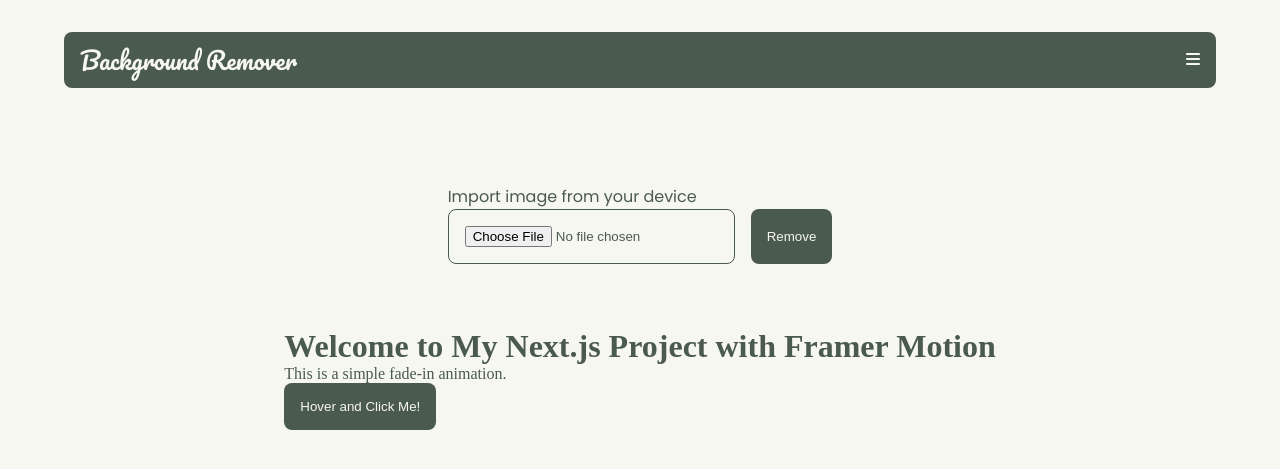
Repository: Oyasikelly/backgroundremover
Page: /
An editor plug-in stored every save of this project. The page is shown before and after the next save, followed by the edit.
The browser window is 1280 px wide. The pictures show the whole page.
Some web libraries are served in a nearby version. The project was rebuilt for these pictures with package versions that can differ from the ones it lists, and the page was loaded fresh each time. Also part of the build but not shown: vite.config.js, src/Components/SavedImages.jsx.

Above is the page before, as saved 2024-12-18 12:44:53.

### index.html
<!-- @format -->

<!DOCTYPE html>
<html lang="en">
  <head>
    <meta charset="UTF-8" />
    <link rel="icon" type="image/svg+xml" href="/vite.svg" />
    <meta name="viewport" content="width=device-width, initial-scale=1.0" />
    <title>Background Remover</title>
  </head>
  <body>
    <div id="root"></div>
    <script type="module" src="/src/main.jsx"></script>
    <script
      src="https://kit.fontawesome.com/09244cd8e5.js"
      crossorigin="anonymous"
    ></script>
  </body>
</html>

### src/App.jsx
/** @format */

// import { useState } from "react";
import { useState } from "react";
import "./App.css";
import { BrowserRouter, Routes, Route } from "react-router-dom";
import Remover from "./Components/Remover";
import SavedImages from "./Components/SavedImages";
export default function App() {
  const [menu, setMenu] = useState(false);
  const [webURL, setWebURL] = useState("");
  const [importedURL, setImportedURL] = useState("");

  return (
    <BrowserRouter>
      <div className="wrapper">
        <Routes>
          <Route
            path="/"
            element={
              <Remover
                menu={menu}
                setMenu={setMenu}
                webURL={webURL}
                setWebURL={setWebURL}
                importedURL={importedURL}
                setImportedURL={setImportedURL}
              />
            }
          />
          <Route path="/SavedImages" Component={SavedImages} />
        </Routes>
      </div>
    </BrowserRouter>
  );
}

### src/App.css
/** @format */
@import url("https://fonts.googleapis.com/css2?family=Dancing+Script:wght@400..700&family=Outfit:wght@100..900&family=Pacifico&family=Poppins:ital,wght@0,100;0,200;0,300;0,400;0,500;0,600;0,700;0,800;0,900;1,100;1,200;1,300;1,400;1,500;1,600;1,700;1,800;1,900&family=Young+Serif&display=swap");

* {
  box-sizing: border-box;
  padding: 0;
  margin: 0;
}
:root {
  --primary-color: #4b5a4f;
  --secondary-color: #f7f7f1;
  --btn-color: #8a9b8e;
}
body {
  background-color: transparent;
  padding: 0;
  margin: 0;
}
body::-webkit-scrollbar {
  display: none;
}
a {
  text-decoration: none;
  color: var(--secondary-color);
}
.container {
  background-color: var(--secondary-color);
  width: 100%;
  height: 100vh;
  overflow: scroll;
  display: flex;
  flex-direction: column;
  /* justify-content: center; */
  align-items: center;
  color: var(--primary-color);
  padding: 0rem 4rem;
  position: relative;
}
.Menu {
  background-color: var(--btn-color);
  color: var(--secondary-color);
  width: 20%;
  align-self: flex-end;
  padding: 1rem;
  position: fixed;
  top: 0;
  right: 0;
  border-radius: 0 0 0.5rem 0.5rem;
  z-index: 100;
  display: flex;
  flex-direction: column;
  gap: 1rem;
}
.Menu p {
  border: 2px solid var(--primary-color);
  padding: 0.3rem;
  border-radius: 0.3rem;
  cursor: pointer;
}
.Menu p:hover {
  background-color: var(--primary-color);
}
h2 {
  width: fit-content;
  font-family: "Pacifico", cursive;
  font-weight: 400;
  font-style: normal;
  line-height: 1.5rem;
  max-width: 30%;
}
header {
  background-color: var(--primary-color);
  color: var(--secondary-color);
  width: 100%;
  margin-bottom: 5rem;
  padding: 1rem;
  border-radius: 0.5rem;
  position: relative;
  top: 2rem;
  display: flex;
  justify-content: space-between;
  align-items: center;
}
i {
  cursor: pointer;
}
.content_container {
  display: flex;
  flex-direction: column;
  justify-content: center;
  align-items: center;
  font-family: "Poppins", serif;
}
form {
  display: flex;
  gap: 1rem;
  margin-bottom: 4rem;
}
input {
  padding: 1rem;
  border-radius: 0.5rem;
  outline: none;
  border: 1px solid var(--primary-color);
  width: 100%;
}
button {
  padding: 1rem;
  background-color: var(--primary-color);
  outline: none;
  border: none;
  border-radius: 0.5rem;
  transition: background-color 0.5s ease-in;
  color: var(--secondary-color);
}
button:hover {
  background-color: var(--btn-color);
}
p {
  align-self: flex-start;
}
.imported-img {
  margin-top: 3rem;
  display: flex;
  flex-direction: column;
  justify-content: center;
  align-items: center;
}
.imported-img form {
  /* background-color: green; */
  width: fit-content;
  display: flex;
  width: 100%;
  /* justify-content: center; */
}
.import-img {
  width: 100%;
  padding: 1rem;
  align-content: center;
}

.outputWrap{
  width: 350px;
  height: 350px;
  background-color: pink;
}
.outputWrap img{
  width: 100%;
}
@media screen and (max-width: 1024px) {
  .container {
    padding-bottom: 3rem;
  }
  .content_container {
    width: 100%;
  }
  form {
    width: 100%;
    display: flex;
    justify-content: space-between;
  }
}

.Wrap_savedImages {
  display: flex;
  flex-direction: column;
  justify-content: center;
  align-items: center;
  padding-bottom: 3rem;
}
.saved_images {
  background-color: var(--secondary-color);
  color: var(--primary-color);
  height: 100vh;
  display: grid;
  grid-template-columns: repeat(4, 1fr);
  align-content: center;
  justify-items: center;
  grid-row-gap: 1rem;
  grid-column-gap: 1rem;
}
.saved_images div {
  width: 100px;
  height: 100px;
  border: 1px solid var(--primary-color);
  border-radius: 0.5rem;
}

### src/Components/Remover.jsx
/** @format */
import { useState } from "react";
import axios from "axios";

// import chair from "../assets/chair.jpeg";
import { NavLink } from "react-router-dom";
// components
import Header from "./Header";
// import UrlImage from "./urlImage";
import ImportImage from "./importImage";
import Motion from "./Motion";

export default function Remover({
  menu,
  setMenu,
  // webURL,
  // setWebURL,
  importedURL,
  setImportedURL,
}) {
  const [outputImage, setOutputImage] = useState(""); // State to store the output image URL

  function handleMenu() {
    setMenu(() => true);
  }
  function handleCloseMenu() {
    setMenu(() => false);
  }
  // function handleWebURL(e) {
  //   setWebURL(e.target.value);
  // }
  function handleImportedURL(e) {
    setImportedURL(e.target.files[0]); // Update importedURL state with the selected file
  }

  const apiKey = "0eaf034066ed7e5c243f379b2274ee09d9f82867"; // Replace with your actual API key
  const apiEndpoint = "https://sdk.photoroom.com/v1/segment";

  // Function to remove background for URL
  // const removeBackgroundFromURL = async (imageUrl) => {
  //   try {
  //     const response = await axios.post(
  //       apiEndpoint,
  //       { image_url: imageUrl }, // API expects 'image_url', not 'url'
  //       {
  //         headers: {
  //           "x-api-key": apiKey,
  //           "Content-Type": "application/json",
  //         },
  //         responseType: "blob", // Get the response as a Blob
  //       }
  //     );

  //     const imageUrlBlob = URL.createObjectURL(response.data);
  //     console.log(imageUrlBlob);
  //     setOutputImage(imageUrlBlob);
  //   } catch (error) {
  //     console.error("Error removing background (URL):", error.response?.data || error.message);
  //   }
  // };
  // Function to remove background for imported image
  const removeBackgroundFromFile = async (file) => {
    try {
      const formData = new FormData();
      formData.append("image_file", file); // Append file to FormData

      const response = await axios.post(apiEndpoint, formData, {
        headers: {
          "x-api-key": apiKey,
          "Content-Type": "multipart/form-data",
        },
        responseType: "blob", // Ensure response is a Blob
      });

      const imageUrlBlob = URL.createObjectURL(response.data);
      setOutputImage(imageUrlBlob);
    } catch (error) {
      console.error("Error removing background (File):", error);
    }
  };

  // const handleRemoveBackground = async (e) => {
  //   e.preventDefault();
  //   if (webURL) {
  //     await removeBackgroundFromURL(webURL);
  //   } else {
  //     alert("Please provide an image URL.");
  //   }
  // };

  const handleRemoveBackground_ImportedImg = async (e) => {
    e.preventDefault();
    if (importedURL) {
      await removeBackgroundFromFile(importedURL);
    } else {
      alert("Please import an image.");
    }
  };

  return (
    <div className="container">
      {menu && (
        <div className="Menu" onClick={handleCloseMenu}>
          <span style={{ fontSize: "24px" }}>&#10006;</span>
          <NavLink to="/SavedImages">
            <p>See Saved Images</p>
          </NavLink>
        </div>
      )}
     <Header handleMenu={handleMenu}/>

      {/* Remove Background via URL */}
     {/* <UrlImage webURL={webURL} handleRemoveBackground={handleRemoveBackground} handleWebURL={handleWebURL} /> */}

      {/* Remove Background via Imported File */}
     <ImportImage handleRemoveBackground_ImportedImg={handleRemoveBackground_ImportedImg} handleImportedURL={handleImportedURL}  />

      <Motion />

      {/* Output Image */}
      {outputImage && (
        <div className="output_container">
          <h3>Background Removed Image:</h3>
         <div className="outputWrap">
          <img src={outputImage} alt="Output" />
          </div>
        </div>
      )}
    </div>
  );
}

### src/Components/Header.jsx
export default function Header({handleMenu}){
    return  <header>
    <h2>Background Remover</h2>
    <nav>
      <i className="fa-solid fa-bars" onClick={handleMenu}></i>
    </nav>
  </header>
}

### src/Components/importImage.jsx
import { motion } from "framer-motion";

export default function ImportImage({handleRemoveBackground_ImportedImg, handleImportedURL}){
    return  <main className="content_container imported-img">
    <p>Import image from your device</p>
    <form onSubmit={handleRemoveBackground_ImportedImg}>
      <input
        name="importedURL"
        className="import-img"
        type="file"
        accept="image/*"
        onChange={handleImportedURL}
      />
      <button type="submit">Remove</button>
    </form>

  </main>
}

### src/Components/Motion.jsx

// pages/index.js
import { motion } from 'framer-motion';

const Motion = () => {
  return (
    <div>
      <h1>Welcome to My Next.js Project with Framer Motion</h1>

      {/* Basic animation example */}
      <motion.div
        initial={{ opacity: 0 }}
        animate={{ opacity: 1 }}
        transition={{ duration: 2 }}
      >
        <p>This is a simple fade-in animation.</p>
      </motion.div>

      {/* Animate when hovering */}
      <motion.button
        whileHover={{ scale: 1.1 }}
        whileTap={{ scale: 0.9 }}
      >
        Hover and Click Me!
      </motion.button>
    </div>
  );
};

export default Motion;

Loaded but not shown: src/main.jsx (common file); src/index.css (no stored copy; drawn as an empty file)

After the next save:
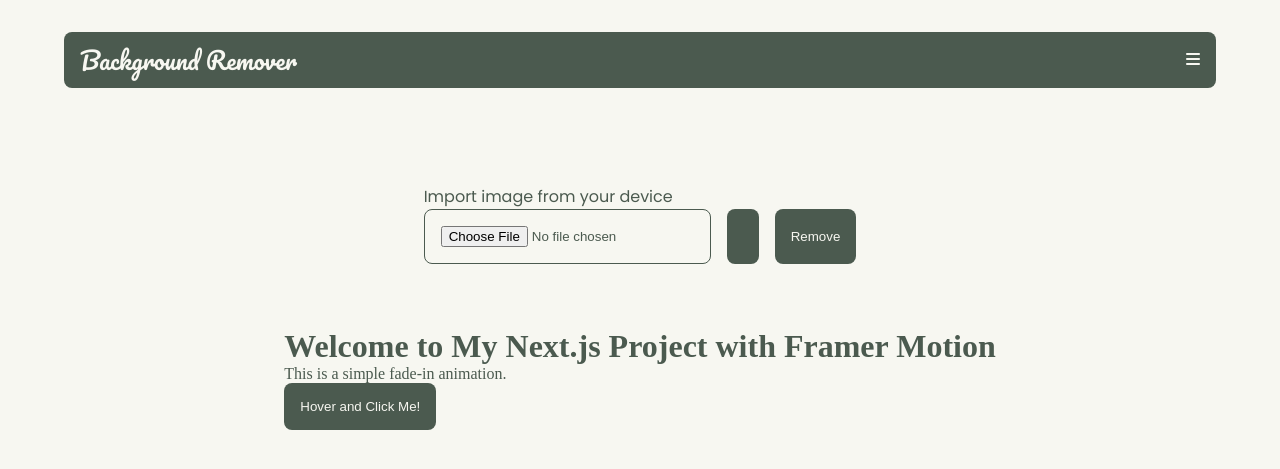
Saved 114 s later.
--- a/src/Components/importImage.jsx
+++ b/src/Components/importImage.jsx
@@ -11,6 +11,9 @@
         accept="image/*"
         onChange={handleImportedURL}
       />
+      <motion.button whileHover={{scale:1.2}} whileTap={{opacity:0.6}}>
+
+      </motion.button>
       <button type="submit">Remove</button>
     </form>
 

After the save that followed:
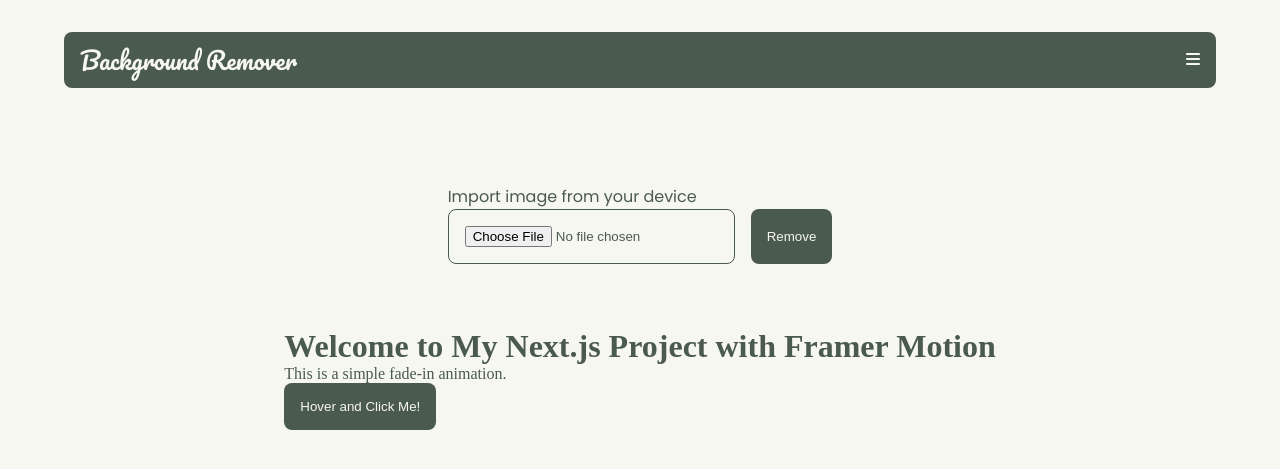
Saved 30 s later.
--- a/src/Components/importImage.jsx
+++ b/src/Components/importImage.jsx
@@ -11,10 +11,9 @@
         accept="image/*"
         onChange={handleImportedURL}
       />
-      <motion.button whileHover={{scale:1.2}} whileTap={{opacity:0.6}}>
-
+      <motion.button whileHover={{scale:1.2}} whileTap={{opacity:0.6}} typeof="submit">
+Remove
       </motion.button>
-      <button type="submit">Remove</button>
     </form>
 
   </main>
